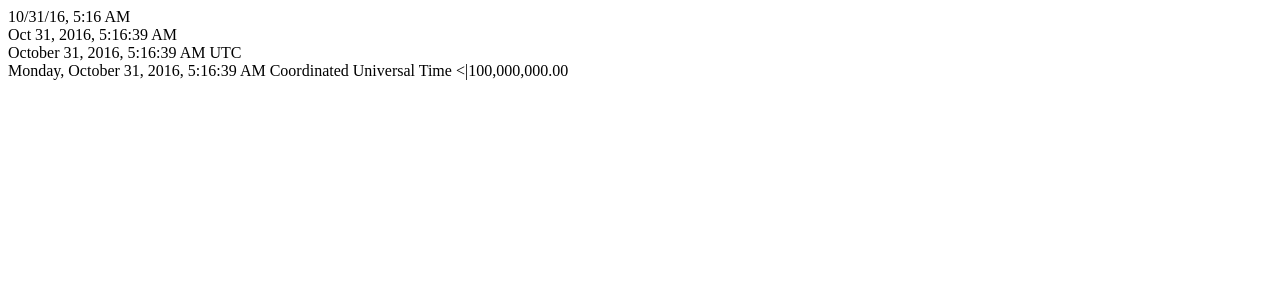
Repository: kimjaejoo/Tacademy
Page: http://localhost/MyServer/custom2.jsp
An editor plug-in stored every save of this project. The page is shown before and after the next save, followed by the edit.
The browser window is 1280 px wide. The pictures show the whole page.
The page is served by Tomcat 9. Nobody is signed in. The application's start-up code is not run. Other server files are loaded and not shown.

Above is the page before, as saved 2016-11-04 04:40:31.

### MyServer/WebContent/custom2.jsp
<%@page import="java.util.Date"%>
<%@ page language="java" contentType="text/html; charset=UTF-8"
	pageEncoding="UTF-8" errorPage="index.jsp"%>
<!--errorPage="index.jsp" 페이지에 에러가 발생하면 index.jsp 로 자동으로 이동한다.  -->
<%@ taglib prefix="c" uri="http://java.sun.com/jsp/jstl/core"%>
<%@ taglib prefix="fmt" uri="http://java.sun.com/jsp/jstl/fmt"%>

<!-- 시간포맷팅 -->
<c:set var="date" value="<%= new Date() %>"/>
<fmt:formatDate value="${date }" type="both" dateStyle="short" timeStyle="short"/> <br />
<fmt:formatDate value="${date }" type="both" dateStyle="medium" timeStyle="medium"/>	<br />
<fmt:formatDate value="${date }" type="both" dateStyle="long" timeStyle="long"/> <br />
<fmt:formatDate value="${date }" type="both" dateStyle="full" timeStyle="full"/>

<!-- 숫자 -->
<<fmt:formatNumber value="100000000" type="currency" currencySymbol="|" />

After the next save:
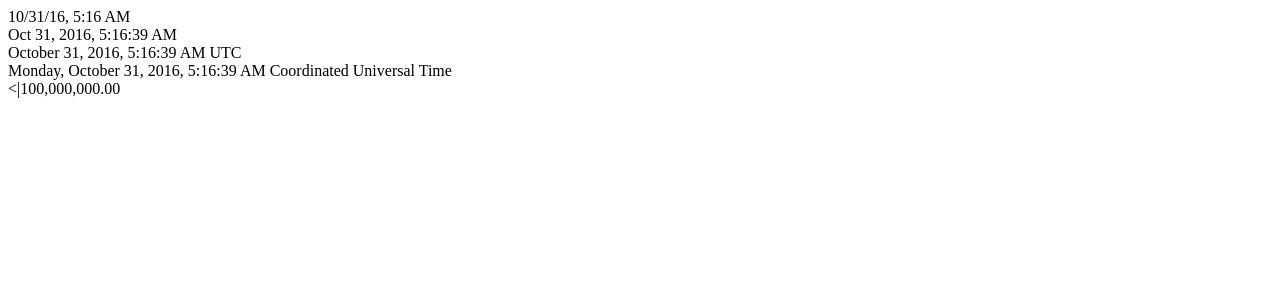
Saved 14 s later.
--- a/MyServer/WebContent/custom2.jsp
+++ b/MyServer/WebContent/custom2.jsp
@@ -10,7 +10,7 @@
 <fmt:formatDate value="${date }" type="both" dateStyle="short" timeStyle="short"/> <br />
 <fmt:formatDate value="${date }" type="both" dateStyle="medium" timeStyle="medium"/>	<br />
 <fmt:formatDate value="${date }" type="both" dateStyle="long" timeStyle="long"/> <br />
-<fmt:formatDate value="${date }" type="both" dateStyle="full" timeStyle="full"/>
+<fmt:formatDate value="${date }" type="both" dateStyle="full" timeStyle="full"/> <br />
 
 <!-- 숫자 -->
 <<fmt:formatNumber value="100000000" type="currency" currencySymbol="|" />
